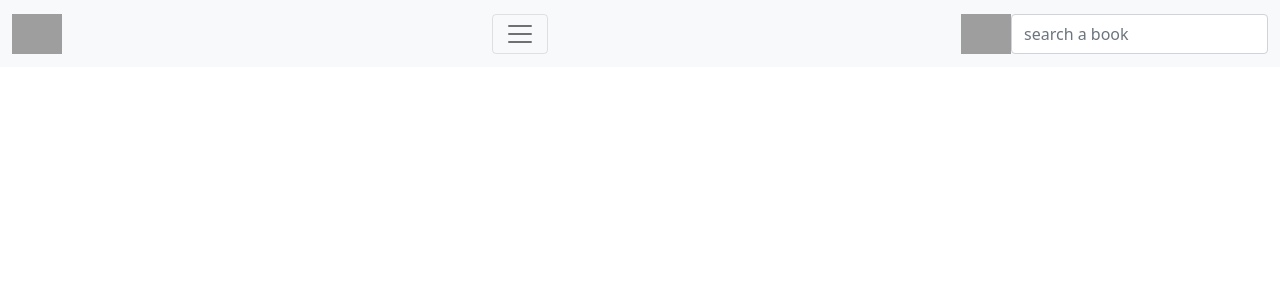
Repository: dilaraozdem1r/BooksApp
Page: /
These files come from the project's save history. The page is drawn as it stood at one moment and after the next save; the edit follows.
The browser window is 1280 px wide. The pictures show the whole page.
Pictures or frames that could not be fetched are drawn as grey boxes. The page's requests for data from a server got no answer. The project was rebuilt for these pictures with package versions that can differ from the ones it lists, and the page was loaded fresh each time. No one was signed in, and anything a server would have sent is missing. Also part of the build but not shown: src/Components/User.js.

Above is the page before, as saved 2021-08-19 18:24:08.

After the next save:
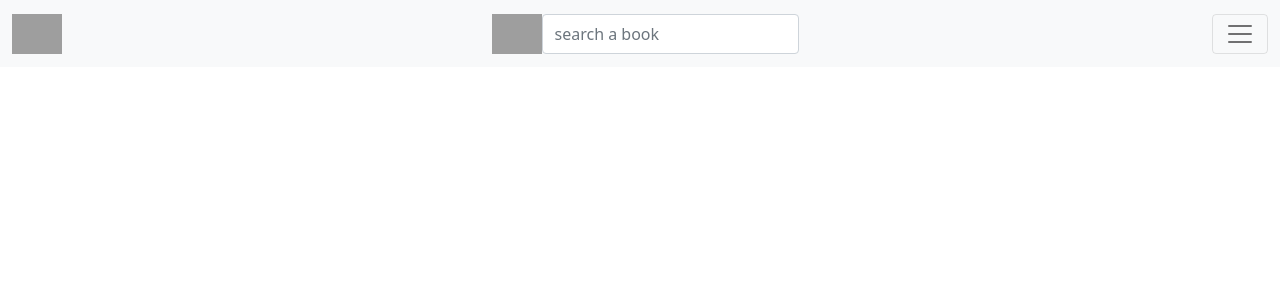
Saved 23 s later.
--- a/src/Components/App.js
+++ b/src/Components/App.js
@@ -46,13 +46,14 @@ class App extends React.Component {
           <img src="https://encrypted-tbn0.gstatic.com/images?q=tbn:ANd9GcRZ-o86obF-UTdLqsqqiUM6O82URx7R52fXlw&usqp=CAU" alt="" width="50" height="40" class="d-inline-block align-text-top"/>
 
     </a>
+    <SearchBar search={this.searchMovie} />
     <div>
       <button class="navbar-toggler" type="button" data-bs-toggle="collapse" data-bs-target="#navbarSupportedContent" aria-controls="navbarSupportedContent" aria-expanded="false" aria-label="Toggle navigation">
       <span class="navbar-toggler-icon"></span>
     </button>
     </div>
 
-            <SearchBar search={this.searchMovie} />
+
             </div>
 
         </nav>
